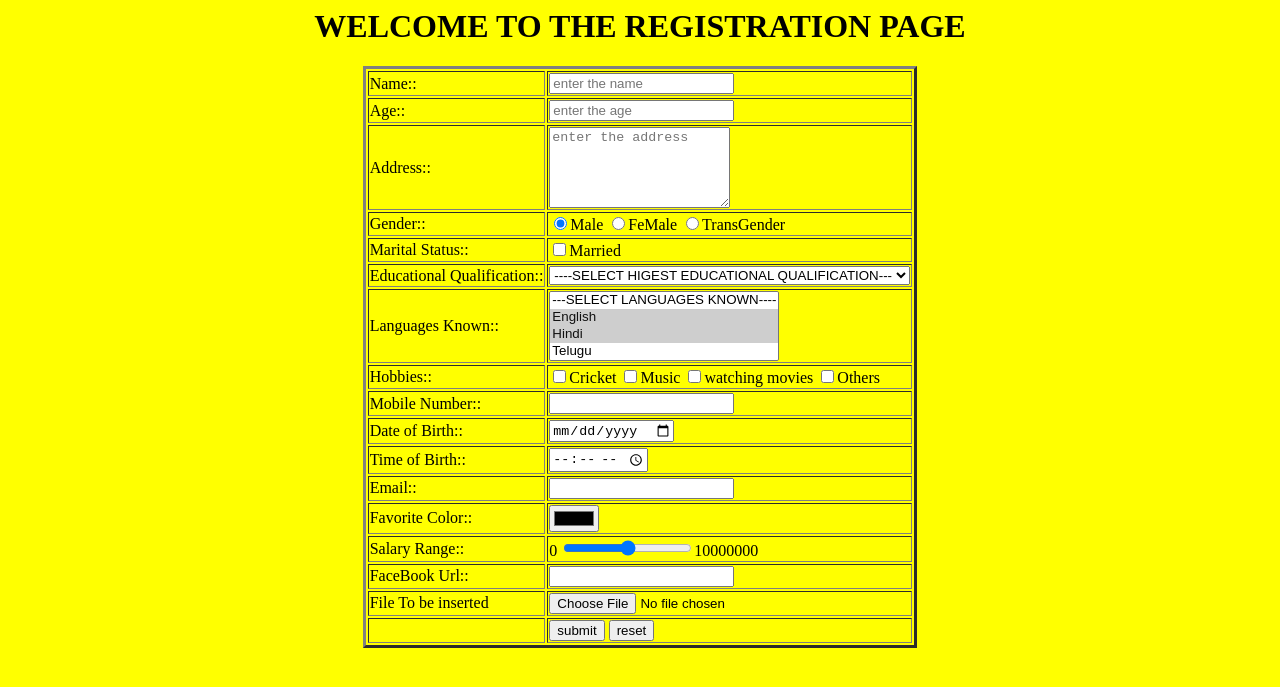
Repository: shivaramkrishna53/SERVLET_PROJECTS
Page: proj12-WorkingWithDifferentFormComponents-RegistrationApp/WebContent/input.html
These files come from the project's save history. The page is drawn as it stood at one moment and after the next save; the edit follows.
The browser window is 1280 px wide. The pictures show the whole page.

Above is the page before, as saved 2021-01-12 18:12:04.

### proj12-WorkingWithDifferentFormComponents-RegistrationApp/WebContent/input.html
<html>
<head>
<title>Registration</title>
</head>
<body bgcolor="yellow">
<center>
<h1 >WELCOME TO THE REGISTRATION PAGE</h1>
<form action="registrationurl" method="post">
<table border="3">
<tr>
<td>Name::</td>
<td>
<input type="text" name="pname" placeholder="enter the name"/>
</td>
</tr>
<tr>
<td>Age::</td>
<td>
<input type="number" name="page" placeholder="enter the age"/>
</td>
</tr>
<tr>
<td>Address::</td>
<td>
<textarea rows="5" cols="20" placeholder="enter the address" name="address"></textarea>
</td>
</tr>
<tr>
<td>Gender::</td>
<td>
<input type="radio" name="gender" value="M" checked>Male
<input type="radio" name="gender" value="F">FeMale
<input type="radio" name="gender" value="T">TransGender
</td>
</tr>
<tr>
<td>Marital Status::</td>
<td>
<input type="checkbox" name="marstatus" value="Married">Married
</td>
</tr>
<tr>
<td>
Educational Qualification::
</td>
<td>
<select name="education">
<option>----SELECT HIGEST EDUCATIONAL QUALIFICATION---</option>
<option value="btech">B.TECH</option>
<option value="mbbs">MBBS</option>
<option value="bcom">B.COM</option>
<option value="bpharmacy">B.PHARMACY</option>
</select>
</td>
</tr>
<tr>
<td>Languages Known::</td>
<td>
<select name="languages" multiple>
<option>---SELECT LANGUAGES KNOWN----</option>
<option value="english" selected>English</option>
<option value="hindi" selected>Hindi</option>
<option value="telugu">Telugu</option>
<option value="tamil">Tamil</option>
<option value="bengali">Bengali</option>
<option value="marathi">Marathi</option>
<option value="kanada">Kanada</option>
</select>
</td>
</tr>
<tr>
<td>Hobbies::</td>
<td>
<input type="checkbox" name="hobbies" value="cricket">Cricket
<input type="checkbox" name="hobbies" value="music">Music
<input type="checkbox" name="hobbies" value="watching movies">watching movies
<input type="checkbox" name="hobbies" value="others">Others
</td>
</tr>
<tr>
<td>Mobile Number::</td>
<td>
<input type="tel" name="mobile">
</td>
</tr>
<tr>
<td>Date of Birth::</td>
<td>
<input type="date" name="dob">
</td>
</tr>
<tr>
<td>Time of Birth::</td>
<td>
<input type="time" name="tob">
</td>
</tr>
<tr>
<td>Email::</td>
<td>
<input type="email" name="emailid">
</td>
</tr>
<tr>
<td>Favorite Color::</td>
<td>
<input type="color" name="color">
</td>
</tr>
<tr>
<td>Salary Range::</td>
<td>0 <input type="range" min="0" max="10000000" name="salary">10000000
</td>
</tr>
<tr>
<td>FaceBook Url::</td>
<td>
<input type="url" name="fburl">
</td>
</tr>
<tr>
<td>File To be inserted</td>
<td>
<input type="file" src="images/submit.jfif">
</td>
</tr>
<tr>
<td></td>
<td>
<input type="submit" value="submit"/>
<input type="reset" value="reset">
</td>
</tr>
</table>
</form>
</center>
</body>
</html>

After the next save:
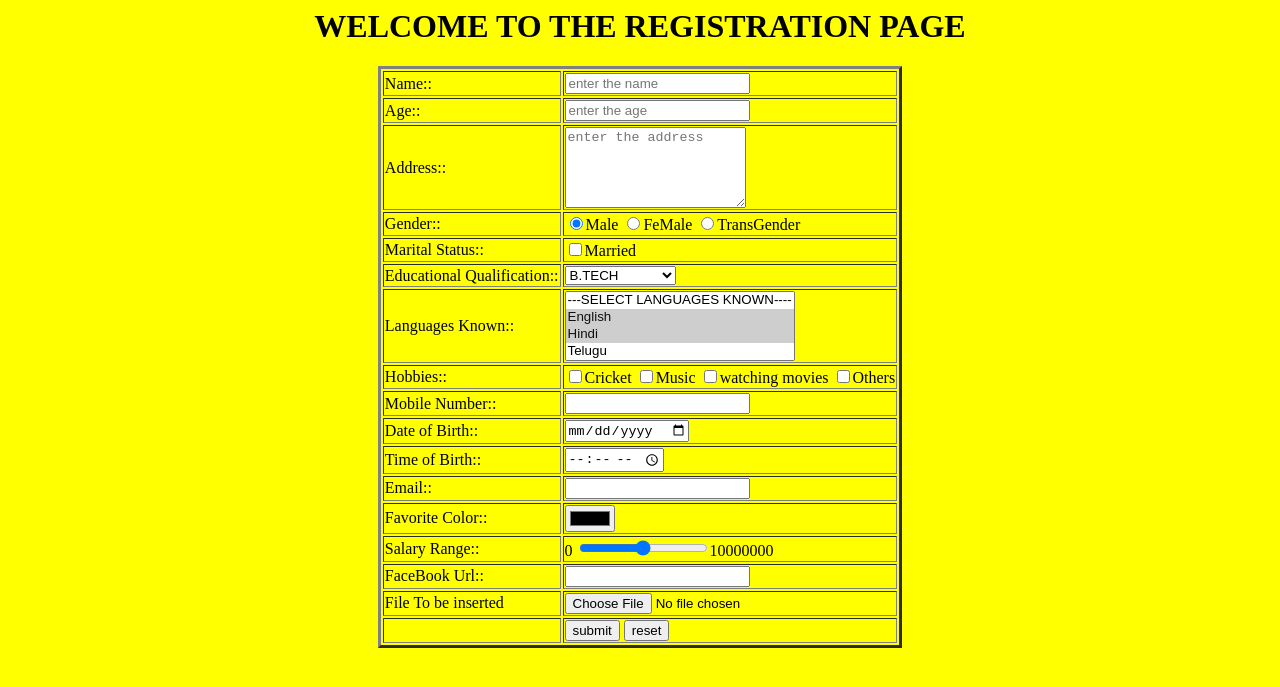
Saved 3 min 27 s later.
--- a/proj12-WorkingWithDifferentFormComponents-RegistrationApp/WebContent/input.html
+++ b/proj12-WorkingWithDifferentFormComponents-RegistrationApp/WebContent/input.html
@@ -45,7 +45,6 @@ Educational Qualification::
 </td>
 <td>
 <select name="education">
-<option>----SELECT HIGEST EDUCATIONAL QUALIFICATION---</option>
 <option value="btech">B.TECH</option>
 <option value="mbbs">MBBS</option>
 <option value="bcom">B.COM</option>
